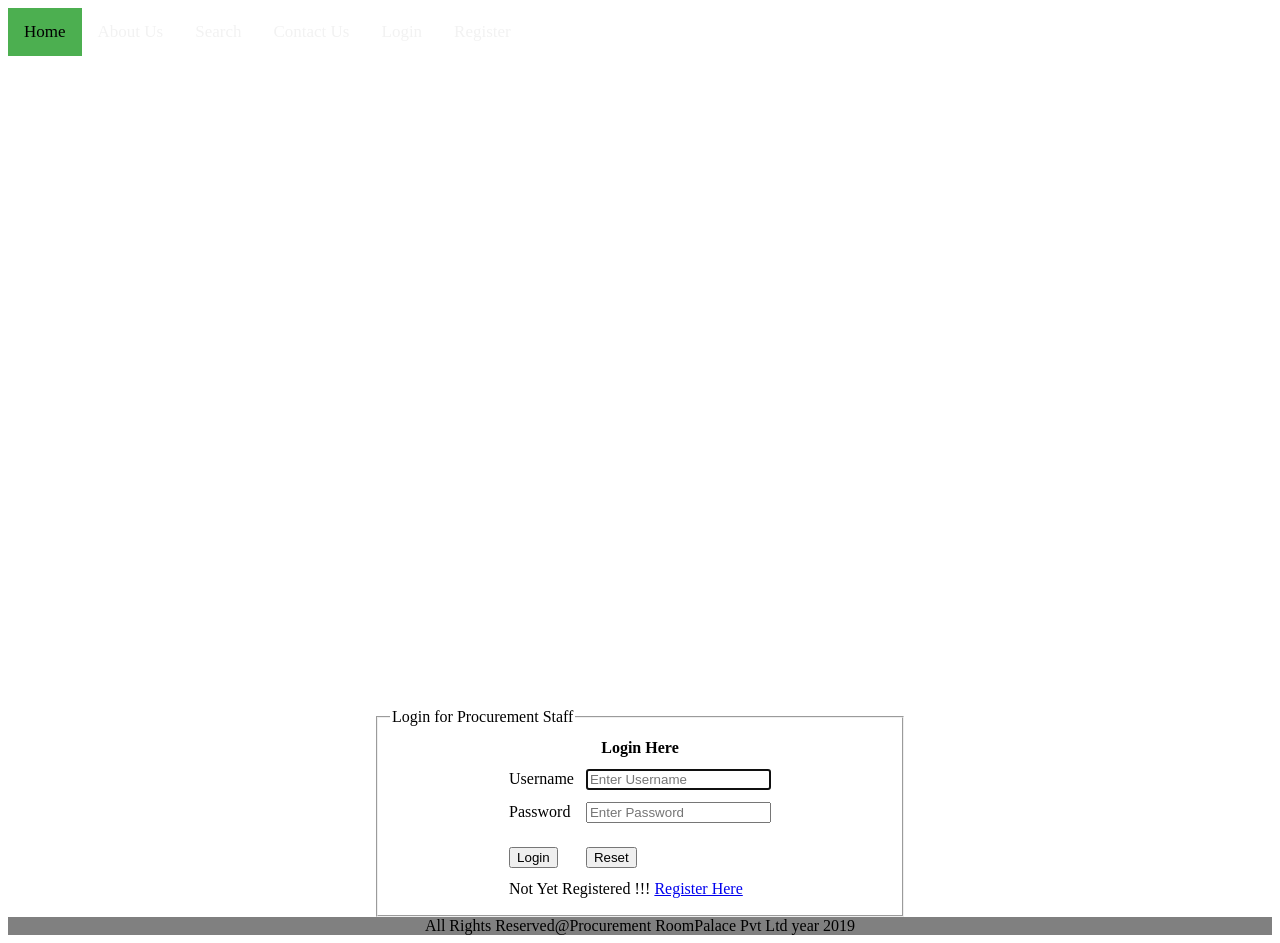
Repository: nirmaniPathiranage/CSSE-Procurement-Management
Page: http://localhost/Item_Management/Login.jsp
The author's editor kept a copy of each file at every save. The page is drawn from the files as they stood at one save, then again after the next save.
The browser window is 1280 px wide. The pictures show the whole page.
The page is served by Tomcat 9.

Above is the page before, as saved 2019-09-29 17:05:59.

After the next save:
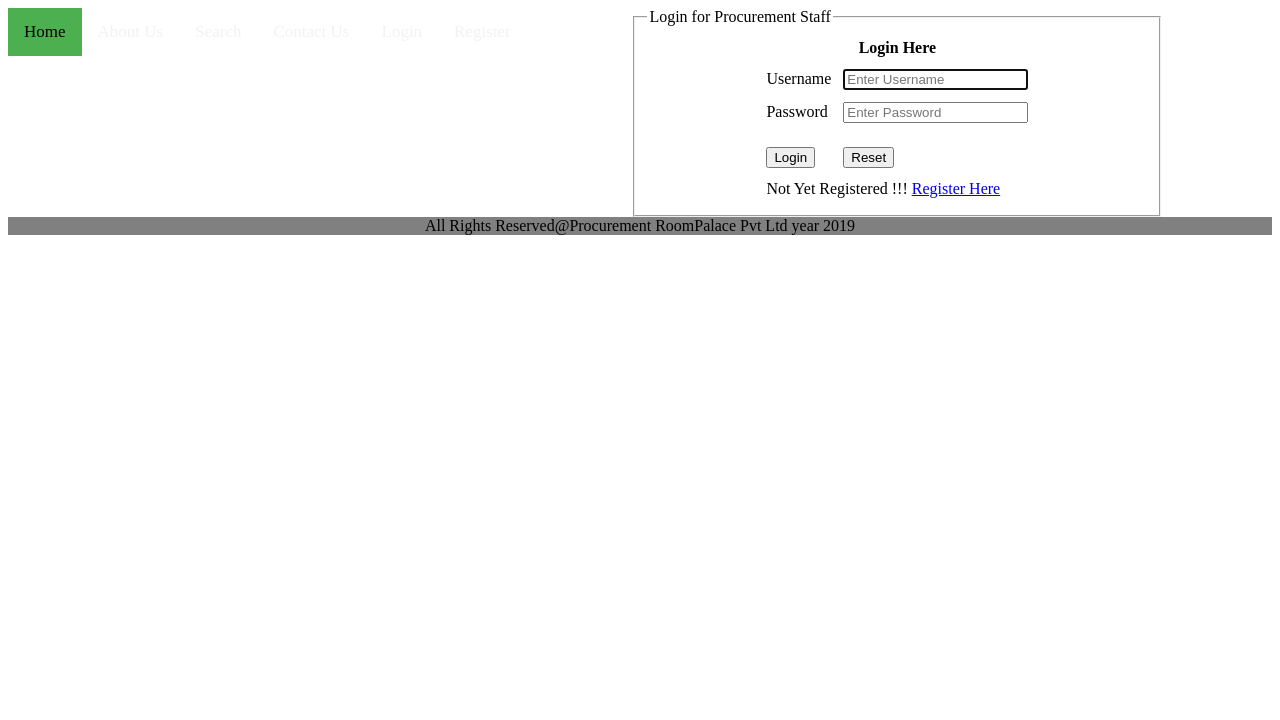
Saved 119 s later.
--- a/Item_Management/WebContent/Login.jsp
+++ b/Item_Management/WebContent/Login.jsp
@@ -49,7 +49,6 @@ color:black;
 </script>
 </head>
 <body>
-<header>
 <div class = "topnav">
 <a class = "active"  href="HomePage.jsp">Home</a>
 			<a href="###">About Us</a>
@@ -60,7 +59,6 @@ color:black;
 			<a href="Register.jsp">Register</a>
 			</font>
 </div>
-</header>
 	<form name="form" action="LoginServlet" method="post"
 		onsubmit="return validate()">
 		<center>
